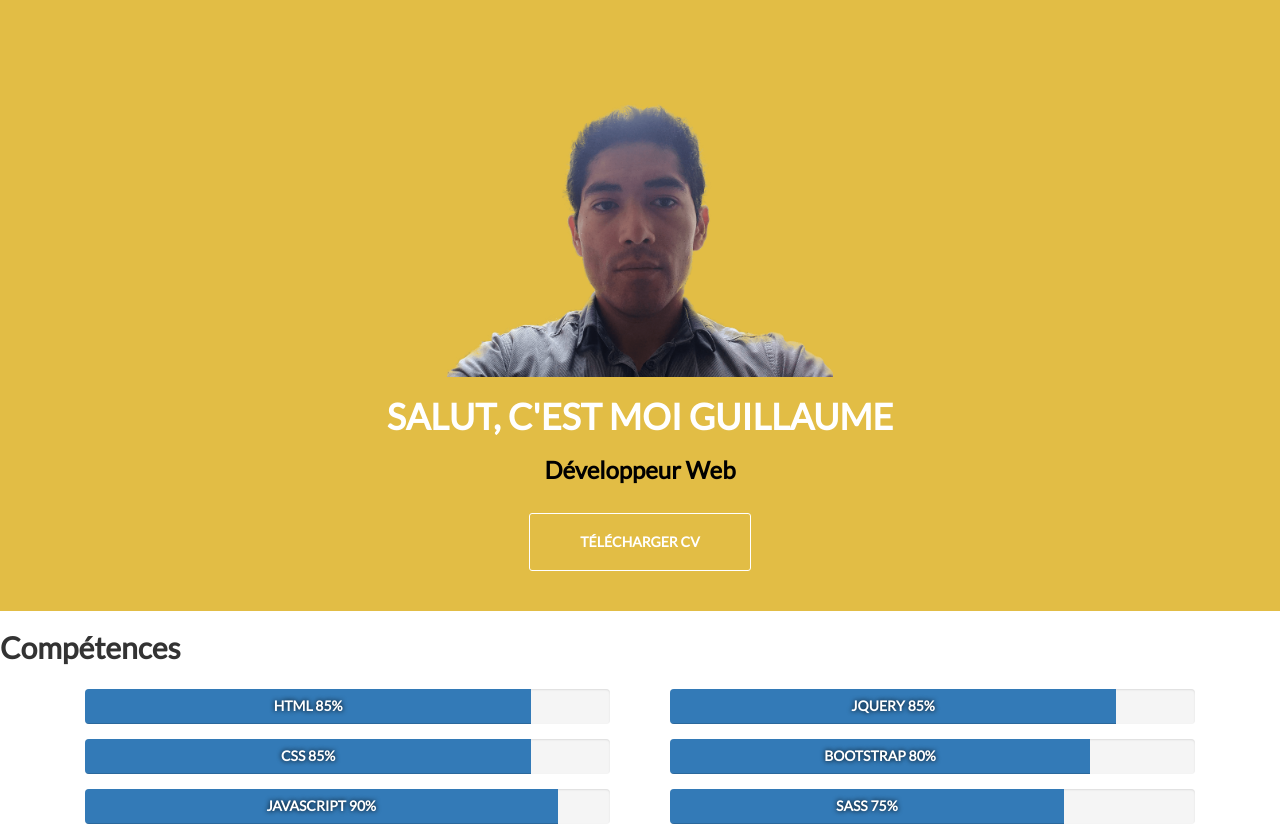
Repository: 0Memo/mon-cv
Page: index.html
An editor plug-in stored every save of this project. The page is shown before and after the next save, followed by the edit.
The browser window is 1280 px wide. The pictures show the whole page.

Above is the page before, as saved 2020-12-28 21:04:20.

After the next save:
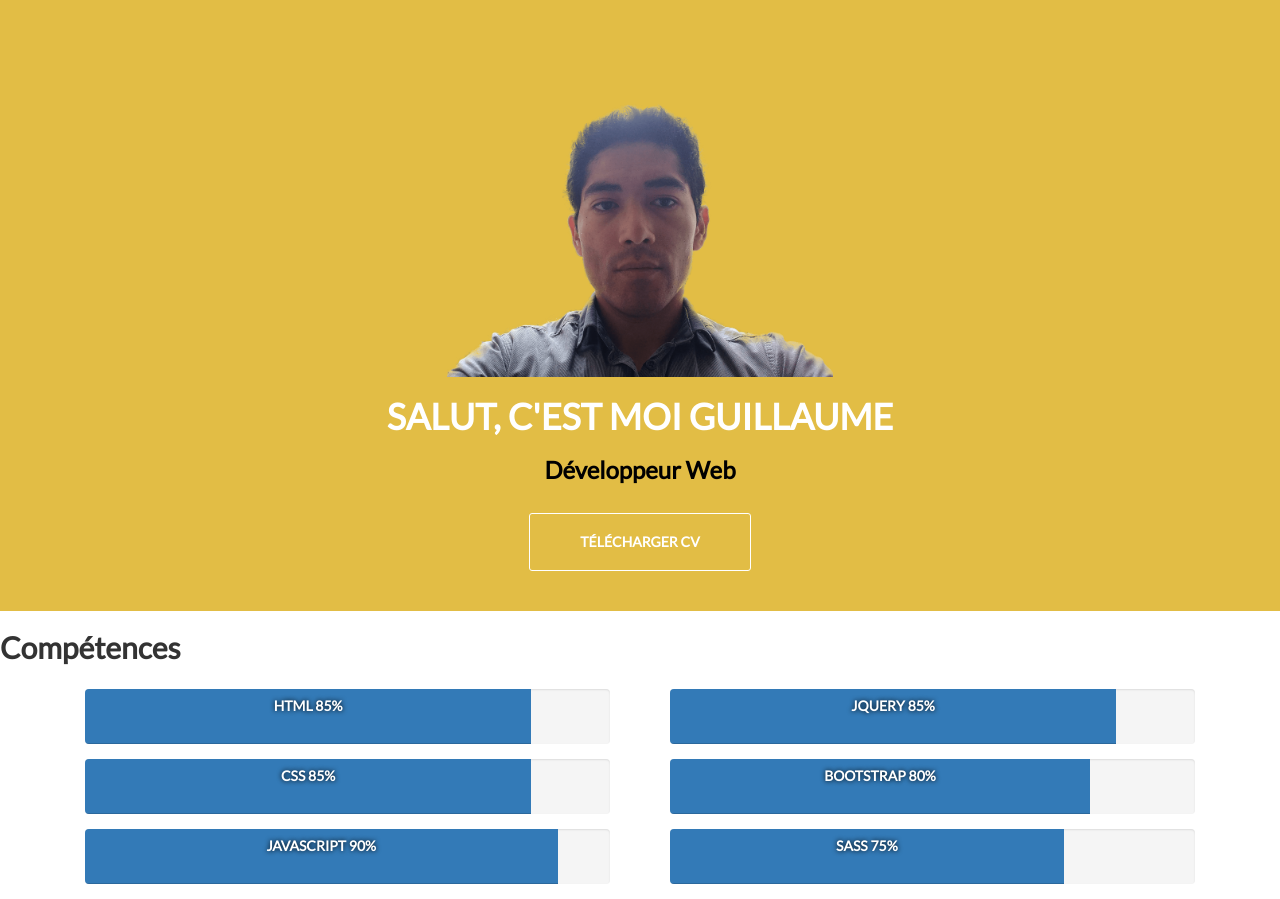
Saved 23 s later.
--- a/css/styles.css
+++ b/css/styles.css
@@ -56,7 +56,7 @@
 
 #skills .progress {
     margin: 15px;
-    height: 35px;
+    height: 55px;
 }
 
 #skills .progress .progress-bar h5 {

After the save that followed:
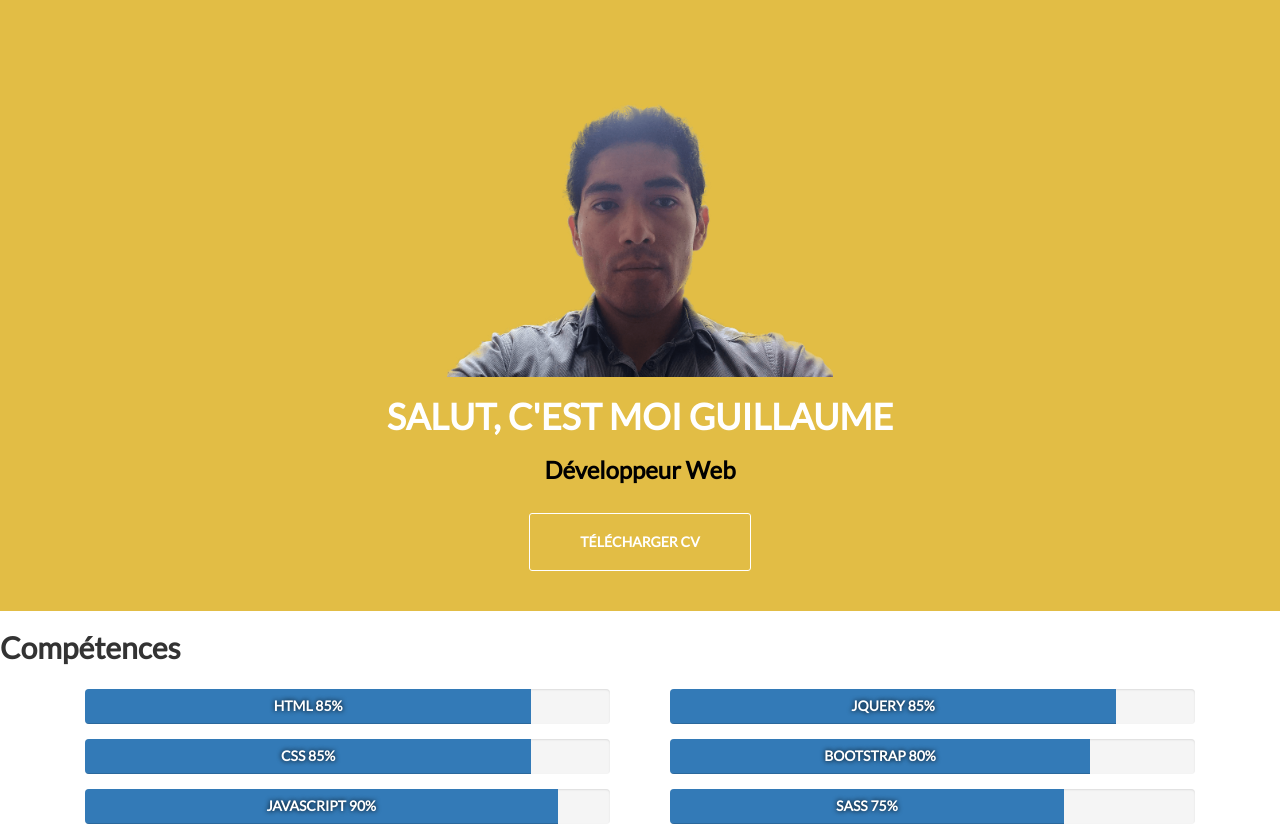
Saved 4 s later.
--- a/css/styles.css
+++ b/css/styles.css
@@ -56,7 +56,7 @@
 
 #skills .progress {
     margin: 15px;
-    height: 55px;
+    height: 35px;
 }
 
 #skills .progress .progress-bar h5 {
